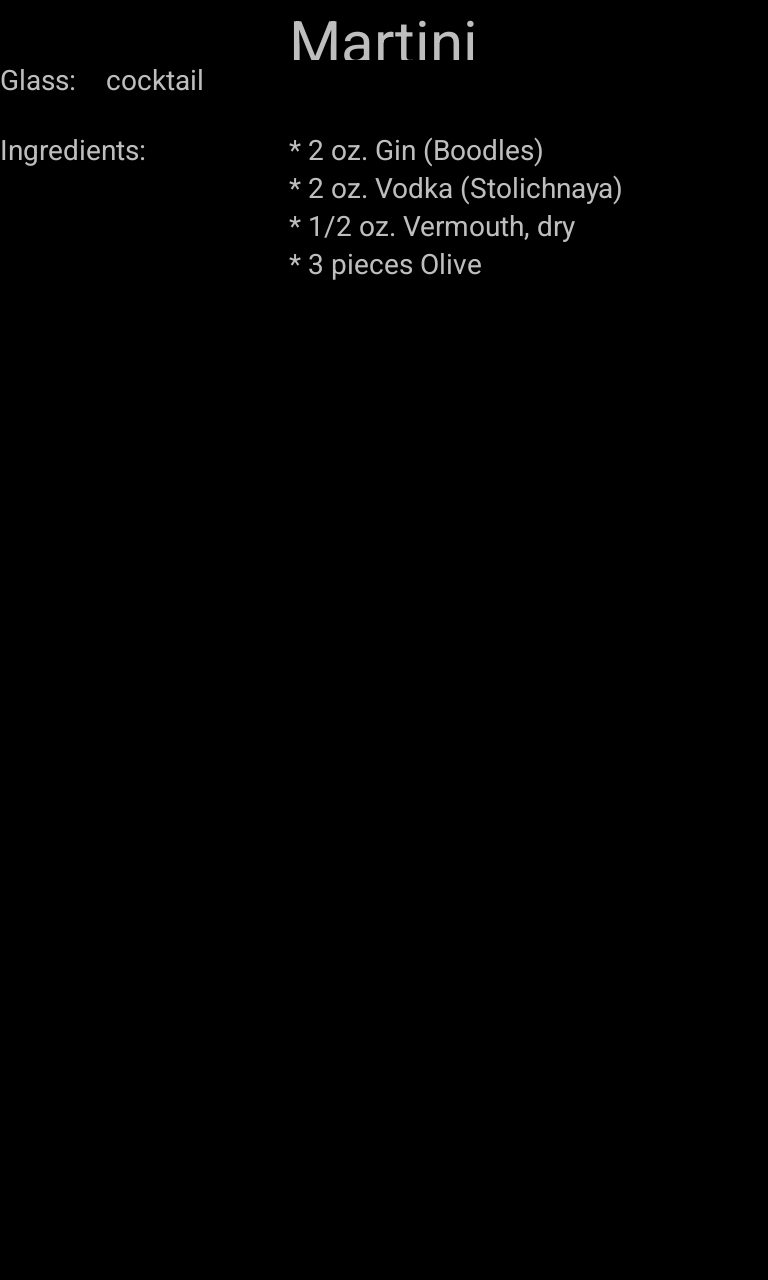
Repository: caltangelo/Drinkables
Layout: CocktailView/res/layout/main.xml
These files come from the project's save history. The layout is drawn as it stood at one moment and after the next save; the edit follows.
It is drawn on a 768 x 1280 px phone screen (xhdpi) without system bars, with theme android:Theme; the app's code is not run.

Above is the layout before, as saved 2011-09-22 20:25:01.

After the next save:
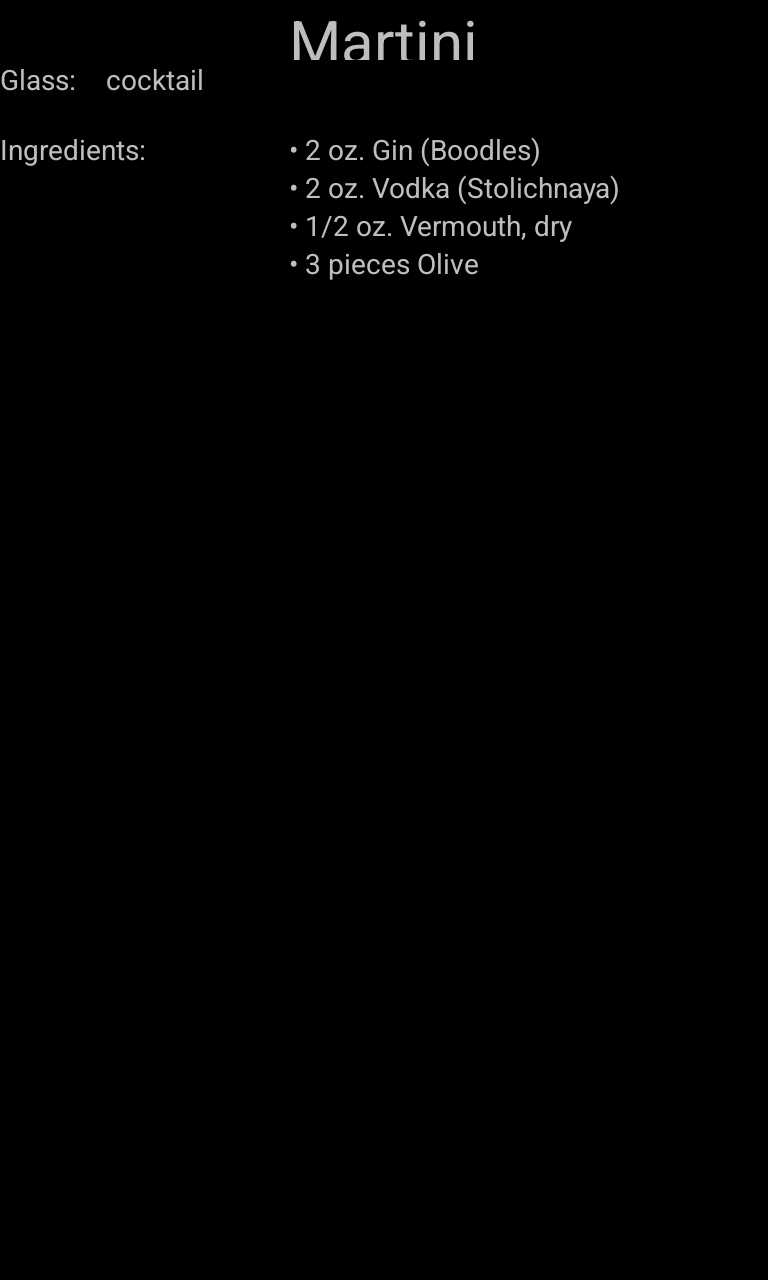
Saved 4 min 31 s later.
--- a/CocktailView/res/layout/main.xml
+++ b/CocktailView/res/layout/main.xml
@@ -19,16 +19,16 @@
 		android:layout_alignParentLeft="true" android:layout_marginTop="16dp"/>
 	<TableLayout android:layout_height="wrap_content" android:id="@+id/tableLayout1" android:layout_width="wrap_content" android:layout_alignTop="@+id/ingredient_label" android:layout_alignLeft="@+id/drinkname" android:layout_alignParentRight="true">
 		<TableRow android:id="@+id/tableRow1" android:layout_width="wrap_content" android:layout_height="wrap_content">
-			<TextView android:text="* 2 oz. Gin (Boodles)" android:id="@+id/textView1" android:layout_width="wrap_content" android:layout_height="wrap_content"/>
+			<TextView android:text="• 2 oz. Gin (Boodles)" android:id="@+id/textView1" android:layout_width="wrap_content" android:layout_height="wrap_content"/>
 		</TableRow>
 		<TableRow android:id="@+id/tableRow2" android:layout_width="wrap_content" android:layout_height="wrap_content">
-			<TextView android:text="* 2 oz. Vodka (Stolichnaya)" android:id="@+id/textView2" android:layout_width="wrap_content" android:layout_height="wrap_content"></TextView>
+			<TextView android:text="• 2 oz. Vodka (Stolichnaya)" android:id="@+id/textView2" android:layout_width="wrap_content" android:layout_height="wrap_content"></TextView>
 		</TableRow>
 		<TableRow android:id="@+id/tableRow3" android:layout_width="wrap_content" android:layout_height="wrap_content">
-			<TextView android:text="* 1/2 oz. Vermouth, dry" android:id="@+id/textView3" android:layout_width="wrap_content" android:layout_height="wrap_content"></TextView>
+			<TextView android:text="• 1/2 oz. Vermouth, dry" android:id="@+id/textView3" android:layout_width="wrap_content" android:layout_height="wrap_content"></TextView>
 		</TableRow>
 		<TableRow android:id="@+id/tableRow4" android:layout_width="wrap_content" android:layout_height="wrap_content">
-			<TextView android:text="* 3 pieces Olive" android:id="@+id/textView4" android:layout_width="wrap_content" android:layout_height="wrap_content"></TextView>
+			<TextView android:text="• 3 pieces Olive" android:id="@+id/textView4" android:layout_width="wrap_content" android:layout_height="wrap_content"></TextView>
 		</TableRow>
 	</TableLayout>
 
